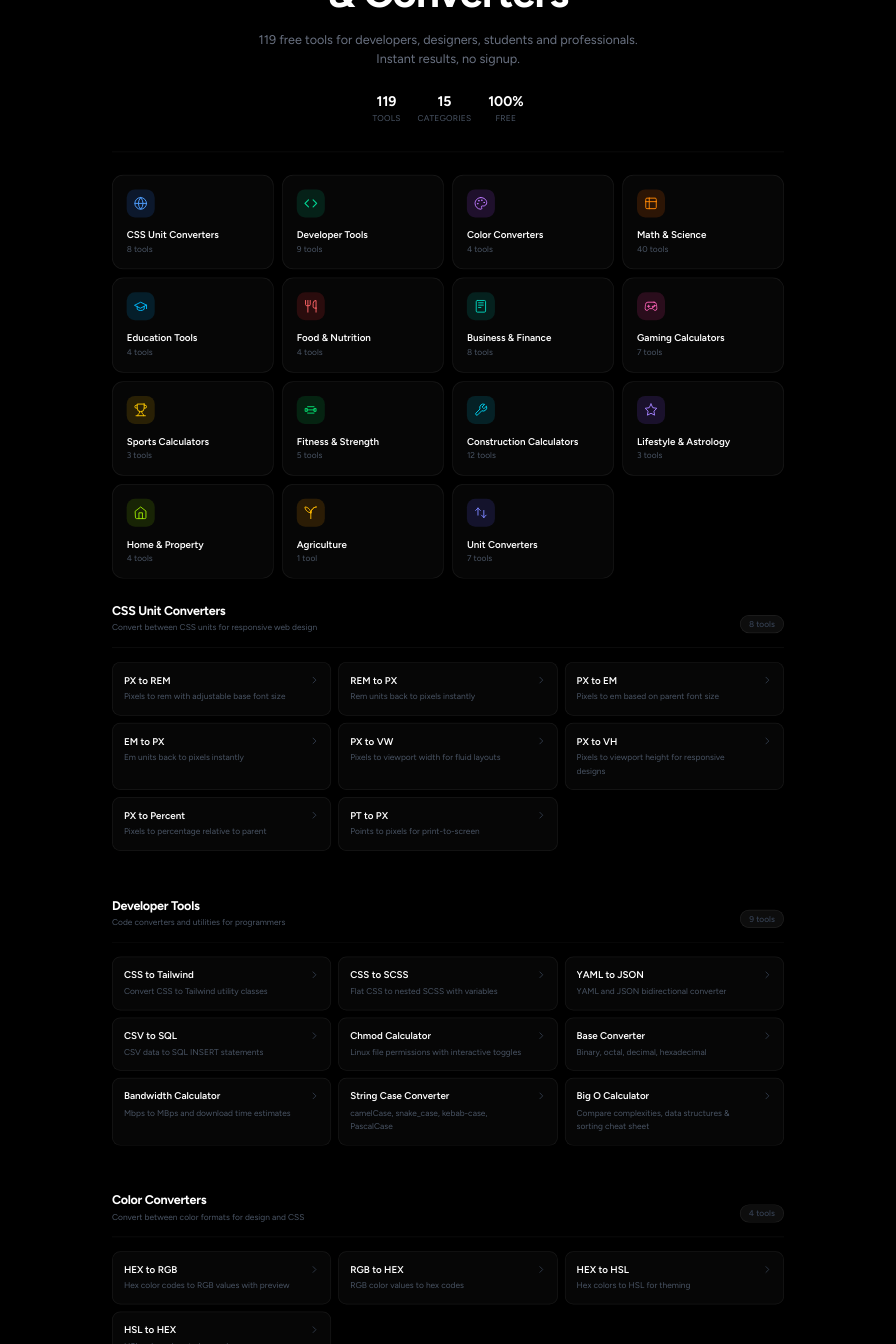
Repository: princeali7/impeccify-clone
Page: /tools
These files come from the project's save history. The page is drawn as it stood at one moment and after the next save; the edit follows.
The browser window is 1280 px wide. The pictures show the part of the page from y = 321 to 2241 px (the page is 8131 px tall before and 8071 px after), at 70% of full size.
The project was rebuilt for these pictures with package versions that can differ from the ones it lists, and the page was loaded fresh each time. The framework's server and built-in components were replaced by stand-ins that run in the browser. Also part of the build but not shown: next.config.ts.

Above is the page before, as saved 2026-03-24 23:27:47.

### src/app/layout.tsx
import type { Metadata } from "next";
import { Figtree } from "next/font/google";
import "./globals.css";

const figtree = Figtree({
  subsets: ["latin"],
  variable: "--font-figtree",
  display: "swap",
});

export const metadata: Metadata = {
  title: "Custom Website Development Services That Transform Traffic Into Paying Users",
  description: "Professional web design and development service. From responsive web design to custom web app development - pixel-perfect Next.js websites.",
};

export default function RootLayout({
  children,
}: Readonly<{
  children: React.ReactNode;
}>) {
  return (
    <html lang="en">
      <body className={`${figtree.variable} font-sans antialiased`}>
        {children}
      </body>
    </html>
  );
}

### src/app/tools/page.tsx
'use client';
import { useState } from 'react';
import Link from 'next/link';
import Header from '@/components/Header';
import { categories } from '@/lib/tools-data';

const categoryMeta: Record<string, { icon: React.ReactNode; iconBg: string; activeText: string }> = {
  'css-unit': {
    icon: <svg viewBox="0 0 24 24" fill="none" stroke="currentColor" strokeWidth={1.6} strokeLinecap="round" strokeLinejoin="round" className="w-5 h-5"><circle cx="12" cy="12" r="10"/><line x1="2" y1="12" x2="22" y2="12"/><path d="M12 2a15.3 15.3 0 0 1 4 10 15.3 15.3 0 0 1-4 10 15.3 15.3 0 0 1-4-10 15.3 15.3 0 0 1 4-10z"/></svg>,
    iconBg: 'bg-blue-500/15 text-blue-400',
    activeText: 'text-blue-300',
  },
  'developer': {
    icon: <svg viewBox="0 0 24 24" fill="none" stroke="currentColor" strokeWidth={2} strokeLinecap="round" strokeLinejoin="round" className="w-5 h-5"><polyline points="16 18 22 12 16 6"/><polyline points="8 6 2 12 8 18"/></svg>,
    iconBg: 'bg-emerald-500/15 text-emerald-400',
    activeText: 'text-emerald-300',
  },
  'color': {
    icon: <svg viewBox="0 0 24 24" fill="none" stroke="currentColor" strokeWidth={1.6} strokeLinecap="round" strokeLinejoin="round" className="w-5 h-5"><circle cx="13.5" cy="6.5" r="0.5" fill="currentColor"/><circle cx="17.5" cy="10.5" r="0.5" fill="currentColor"/><circle cx="8.5" cy="7.5" r="0.5" fill="currentColor"/><circle cx="6.5" cy="12.5" r="0.5" fill="currentColor"/><path d="M12 2C6.5 2 2 6.5 2 12s4.5 10 10 10c.926 0 1.648-.746 1.648-1.688 0-.437-.18-.835-.437-1.125-.29-.289-.438-.652-.438-1.125a1.64 1.64 0 0 1 1.668-1.668h1.996c3.051 0 5.555-2.503 5.555-5.554C21.965 6.012 17.461 2 12 2z"/></svg>,
    iconBg: 'bg-purple-500/15 text-purple-400',
    activeText: 'text-purple-300',
  },
  'math': {
    icon: <svg viewBox="0 0 24 24" fill="none" stroke="currentColor" strokeWidth={1.6} strokeLinecap="round" strokeLinejoin="round" className="w-5 h-5"><path d="M9 3H5a2 2 0 0 0-2 2v4m6-6h10a2 2 0 0 1 2 2v4M9 3v18m0 0h10a2 2 0 0 0 2-2V9M9 21H5a2 2 0 0 1-2-2V9m0 0h18"/></svg>,
    iconBg: 'bg-orange-500/15 text-orange-400',
    activeText: 'text-orange-300',
  },
  'education': {
    icon: <svg viewBox="0 0 24 24" fill="none" stroke="currentColor" strokeWidth={1.6} strokeLinecap="round" strokeLinejoin="round" className="w-5 h-5"><path d="M22 10v6M2 10l10-5 10 5-10 5z"/><path d="M6 12v5c3 3 9 3 12 0v-5"/></svg>,
    iconBg: 'bg-sky-500/15 text-sky-400',
    activeText: 'text-sky-300',
  },
  'food': {
    icon: <svg viewBox="0 0 24 24" fill="none" stroke="currentColor" strokeWidth={1.6} strokeLinecap="round" strokeLinejoin="round" className="w-5 h-5"><path d="M3 2v7c0 1.1.9 2 2 2h4a2 2 0 0 0 2-2V2"/><path d="M7 2v20"/><path d="M21 15V2a5 5 0 0 0-5 5v6c0 1.1.9 2 2 2h3zm0 0v7"/></svg>,
    iconBg: 'bg-red-500/15 text-red-400',
    activeText: 'text-red-300',
  },
  'business': {
    icon: <svg viewBox="0 0 24 24" fill="none" stroke="currentColor" strokeWidth={1.6} strokeLinecap="round" strokeLinejoin="round" className="w-5 h-5"><rect x="4" y="2" width="16" height="20" rx="2"/><line x1="8" y1="6" x2="16" y2="6"/><line x1="8" y1="10" x2="16" y2="10"/><line x1="8" y1="14" x2="12" y2="14"/></svg>,
    iconBg: 'bg-teal-500/15 text-teal-400',
    activeText: 'text-teal-300',
  },
  'gaming': {
    icon: <svg viewBox="0 0 24 24" fill="none" stroke="currentColor" strokeWidth={1.6} strokeLinecap="round" strokeLinejoin="round" className="w-5 h-5"><line x1="6" y1="12" x2="10" y2="12"/><line x1="8" y1="10" x2="8" y2="14"/><circle cx="15" cy="13" r="1" fill="currentColor"/><circle cx="18" cy="11" r="1" fill="currentColor"/><path d="M17.32 5H6.68a4 4 0 0 0-3.978 3.59c-.006.052-.01.101-.017.152C2.604 9.416 2 14.456 2 16a3 3 0 0 0 3 3c1 0 1.5-.5 2-1l1.414-1.414A2 2 0 0 1 9.828 16h4.344a2 2 0 0 1 1.414.586L17 18c.5.5 1 1 2 1a3 3 0 0 0 3-3c0-1.544-.604-6.584-.685-7.258-.007-.05-.011-.1-.017-.151A4 4 0 0 0 17.32 5z"/></svg>,
    iconBg: 'bg-pink-500/15 text-pink-400',
    activeText: 'text-pink-300',
  },
  'sports': {
    icon: <svg viewBox="0 0 24 24" fill="none" stroke="currentColor" strokeWidth={1.6} strokeLinecap="round" strokeLinejoin="round" className="w-5 h-5"><path d="M6 9H4.5a2.5 2.5 0 0 1 0-5H6"/><path d="M18 9h1.5a2.5 2.5 0 0 0 0-5H18"/><path d="M4 22h16"/><path d="M10 14.66V17c0 .55-.47.98-.97 1.21C7.85 18.75 7 20.24 7 22"/><path d="M14 14.66V17c0 .55.47.98.97 1.21C16.15 18.75 17 20.24 17 22"/><path d="M18 2H6v7a6 6 0 0 0 12 0V2z"/></svg>,
    iconBg: 'bg-yellow-500/15 text-yellow-400',
    activeText: 'text-yellow-300',
  },
  'fitness': {
    icon: <svg viewBox="0 0 24 24" fill="none" stroke="currentColor" strokeWidth={1.6} strokeLinecap="round" strokeLinejoin="round" className="w-5 h-5"><path d="M6.5 6.5h11"/><path d="M6.5 17.5h11"/><path d="M3 9.5h3v5H3z"/><path d="M18 9.5h3v5h-3z"/><line x1="5" y1="12" x2="19" y2="12"/></svg>,
    iconBg: 'bg-green-500/15 text-green-400',
    activeText: 'text-green-300',
  },
  'construction': {
    icon: <svg viewBox="0 0 24 24" fill="none" stroke="currentColor" strokeWidth={1.6} strokeLinecap="round" strokeLinejoin="round" className="w-5 h-5"><path d="M14.7 6.3a1 1 0 0 0 0 1.4l1.6 1.6a1 1 0 0 0 1.4 0l3.77-3.77a6 6 0 0 1-7.94 7.94l-6.91 6.91a2.12 2.12 0 0 1-3-3l6.91-6.91a6 6 0 0 1 7.94-7.94l-3.76 3.76z"/></svg>,
    iconBg: 'bg-cyan-500/15 text-cyan-400',
    activeText: 'text-cyan-300',
  },
  'lifestyle': {
    icon: <svg viewBox="0 0 24 24" fill="none" stroke="currentColor" strokeWidth={1.6} strokeLinecap="round" strokeLinejoin="round" className="w-5 h-5"><polygon points="12 2 15.09 8.26 22 9.27 17 14.14 18.18 21.02 12 17.77 5.82 21.02 7 14.14 2 9.27 8.91 8.26 12 2"/></svg>,
    iconBg: 'bg-violet-500/15 text-violet-400',
    activeText: 'text-violet-300',
  },
  'home': {
    icon: <svg viewBox="0 0 24 24" fill="none" stroke="currentColor" strokeWidth={1.6} strokeLinecap="round" strokeLinejoin="round" className="w-5 h-5"><path d="M3 9l9-7 9 7v11a2 2 0 0 1-2 2H5a2 2 0 0 1-2-2z"/><polyline points="9 22 9 12 15 12 15 22"/></svg>,
    iconBg: 'bg-lime-500/15 text-lime-400',
    activeText: 'text-lime-300',
  },
  'agriculture': {
    icon: <svg viewBox="0 0 24 24" fill="none" stroke="currentColor" strokeWidth={1.6} strokeLinecap="round" strokeLinejoin="round" className="w-5 h-5"><path d="M12 22V12m0 0C12 7 7 2 2 2c0 5 5 10 10 10zm0 0c0-5 5-10 10-10-5 0-10 5-10 10z"/></svg>,
    iconBg: 'bg-amber-500/15 text-amber-400',
    activeText: 'text-amber-300',
  },
  'unit': {
    icon: <svg viewBox="0 0 24 24" fill="none" stroke="currentColor" strokeWidth={1.6} strokeLinecap="round" strokeLinejoin="round" className="w-5 h-5"><path d="M7 16V4m0 0L3 8m4-4 4 4"/><path d="M17 8v12m0 0 4-4m-4 4-4-4"/></svg>,
    iconBg: 'bg-indigo-500/15 text-indigo-400',
    activeText: 'text-indigo-300',
  },
};

export default function ToolsPage() {
  const [activeId, setActiveId] = useState<string | null>(null);

  const displayed = activeId ? categories.filter((c) => c.id === activeId) : categories;

  const scrollTo = (id: string) => {
    setActiveId((prev) => (prev === id ? null : id));
    window.scrollTo({ top: 0, behavior: 'smooth' });
  };

  return (
    <>
      <Header />
      <main className="min-h-screen bg-black pt-24 pb-20">
        {/* Hero */}
        <section className="max-w-5xl mx-auto px-6 lg:px-8 pt-12 pb-10 text-center">
          <div className="inline-flex items-center gap-2 bg-white/5 border border-white/10 rounded-full px-4 py-1.5 mb-6">
            <span className="w-1.5 h-1.5 rounded-full bg-blue-400 animate-pulse" />
            <span className="text-xs text-gray-400 tracking-widest uppercase font-semibold">Free Tools</span>
          </div>
          <h1 className="text-4xl md:text-5xl lg:text-6xl font-bold text-white tracking-tight mb-4 leading-tight">
            Free Online Calculators<br className="hidden sm:block" /> &amp; Converters
          </h1>
          <p className="text-base md:text-lg text-gray-500 max-w-xl mx-auto mb-8">
            119 free tools for developers, designers, students and professionals. Instant results, no signup.
          </p>
          {/* Stats row */}
          <div className="flex flex-wrap items-center justify-center gap-6 text-sm">
            {[
              { value: '119', label: 'Tools' },
              { value: '15', label: 'Categories' },
              { value: '100%', label: 'Free' },
            ].map((s) => (
              <div key={s.label} className="flex flex-col items-center gap-0.5">
                <span className="text-xl font-bold text-white">{s.value}</span>
                <span className="text-gray-600 text-xs uppercase tracking-wide">{s.label}</span>
              </div>
            ))}
          </div>
        </section>

        {/* Divider */}
        <div className="max-w-5xl mx-auto px-6 lg:px-8">
          <div className="border-t border-white/6" />
        </div>

        {/* Category card grid */}
        <section className="max-w-5xl mx-auto px-6 lg:px-8 py-8">
          <div className="grid grid-cols-2 sm:grid-cols-3 lg:grid-cols-4 gap-3">
            {categories.map((cat) => {
              const meta = categoryMeta[cat.id];
              const isActive = activeId === cat.id;
              return (
                <button
                  key={cat.id}
                  onClick={() => scrollTo(cat.id)}
                  className={`group text-left flex flex-col gap-4 p-5 rounded-2xl border transition-all duration-200 active:scale-[0.97] ${
                    isActive
                      ? 'bg-white/8 border-white/20'
                      : 'bg-white/2.5 border-white/[0.07] hover:bg-white/5 hover:border-white/15'
                  }`}
                >
                  {/* Icon */}
                  <div className={`w-10 h-10 rounded-xl flex items-center justify-center ${meta?.iconBg ?? 'bg-white/10 text-gray-400'}`}>
                    {meta?.icon}
                  </div>
                  {/* Text */}
                  <div>
                    <p className={`text-sm font-semibold leading-snug transition-colors ${isActive ? (meta?.activeText ?? 'text-white') : 'text-white'}`}>
                      {cat.label}
                    </p>
                    <p className="text-xs text-gray-600 mt-0.5">
                      {cat.count} {cat.count === 1 ? 'tool' : 'tools'}
                    </p>
                  </div>
                </button>
              );
            })}
          </div>
          {/* Clear filter */}
          {activeId && (
            <div className="mt-4 flex items-center gap-2">
              <button
                onClick={() => setActiveId(null)}
                className="text-xs text-gray-500 hover:text-white transition-colors flex items-center gap-1.5 border border-white/10 hover:border-white/30 rounded-full px-3 py-1.5"
              >
                <svg className="w-3 h-3" fill="none" stroke="currentColor" viewBox="0 0 24 24"><path strokeLinecap="round" strokeLinejoin="round" strokeWidth={2} d="M6 18L18 6M6 6l12 12"/></svg>
                Clear filter — show all categories
              </button>
            </div>
          )}
        </section>

        {/* Tool sections */}
        <div className="max-w-5xl mx-auto px-6 lg:px-8 space-y-16">
          {displayed.map((cat) => (
            <section key={cat.id} id={cat.id}>
              {/* Section header */}
              <div className="flex items-end justify-between mb-5">
                <div>
                  <h2 className="text-lg font-bold text-white tracking-tight">{cat.label}</h2>
                  <p className="text-xs text-gray-600 mt-0.5">{cat.desc}</p>
                </div>
                <span className="text-xs text-gray-700 bg-white/5 border border-white/8 rounded-full px-3 py-1 font-medium">
                  {cat.count} {cat.count === 1 ? 'tool' : 'tools'}
                </span>
              </div>
              <div className="border-t border-white/6 mb-5" />

              {/* Tool cards */}
              <div className="grid grid-cols-1 sm:grid-cols-2 lg:grid-cols-3 gap-2.5">
                {cat.tools.map((tool) => (
                  <Link
                    key={tool.href}
                    href={tool.href}
                    className="group relative flex items-start justify-between gap-3 bg-white/2.5 hover:bg-white/6 border border-white/[0.07] hover:border-white/20 rounded-xl px-4 py-4 transition-all duration-150 active:scale-[0.98]"
                  >
                    <div className="flex flex-col gap-1 min-w-0">
                      <span className="text-sm font-semibold text-white group-hover:text-white leading-snug truncate">
                        {tool.name}
                      </span>
                      <span className="text-xs text-gray-600 leading-relaxed line-clamp-2">
                        {tool.desc}
                      </span>
                    </div>
                    {/* Arrow icon */}
                    <svg
                      className="w-3.5 h-3.5 text-gray-700 group-hover:text-gray-400 mt-0.5 shrink-0 transition-all duration-150 group-hover:translate-x-0.5"
                      fill="none"
                      stroke="currentColor"
                      viewBox="0 0 24 24"
                    >
                      <path strokeLinecap="round" strokeLinejoin="round" strokeWidth={2} d="M9 5l7 7-7 7" />
                    </svg>
                  </Link>
                ))}
              </div>
            </section>
          ))}
        </div>

        {/* Footer note */}
        <div className="max-w-5xl mx-auto px-6 lg:px-8 mt-20 pt-8 border-t border-white/6 flex flex-col sm:flex-row items-center justify-between gap-4">
          <p className="text-xs text-gray-700">
            New calculators added regularly. 119 tools and counting.
          </p>
          <Link
            href="/book-call"
            className="text-xs text-gray-500 hover:text-white transition-colors border border-white/10 hover:border-white/30 rounded-full px-4 py-2"
          >
            Need a custom tool? Book a call →
          </Link>
        </div>
      </main>
    </>
  );
}

### src/app/globals.css
@import "tailwindcss";

@theme inline {
  --color-background: #000000;
  --color-foreground: #ffffff;
  --font-sans: var(--font-figtree);
}

@layer base {
  * {
    margin: 0;
    padding: 0;
    box-sizing: border-box;
  }

  html {
    scroll-behavior: smooth;
  }

  body {
    background: #000;
    color: #fff;
    font-family: -apple-system, BlinkMacSystemFont, 'Segoe UI', Roboto, sans-serif;
    -webkit-font-smoothing: antialiased;
    -moz-osx-font-smoothing: grayscale;
    overflow-x: hidden;
  }
}

::selection {
  background: rgba(59, 130, 246, 0.3);
  color: white;
}

::-webkit-scrollbar { width: 8px; }
::-webkit-scrollbar-track { background: rgba(255,255,255,0.05); }
::-webkit-scrollbar-thumb { background: rgba(255,255,255,0.15); border-radius: 4px; }

@keyframes marquee {
  0% { transform: translateX(0); }
  100% { transform: translateX(-50%); }
}
@keyframes marqueeReverse {
  0% { transform: translateX(-50%); }
  100% { transform: translateX(0); }
}
.animate-marquee {
  animation: marquee 60s linear infinite;
}
.animate-marquee-reverse {
  animation: marqueeReverse 60s linear infinite;
}

@keyframes fadeInUp {
  from { opacity: 0; transform: translateY(30px); }
  to { opacity: 1; transform: translateY(0); }
}
.animate-fade-in-up {
  animation: fadeInUp 0.6s ease-out forwards;
}

@keyframes slideInLeft {
  from { opacity: 0; transform: translateX(-60px); }
  to { opacity: 1; transform: translateX(0); }
}
@keyframes slideInRight {
  from { opacity: 0; transform: translateX(60px); }
  to { opacity: 1; transform: translateX(0); }
}
.animate-slide-in-left {
  animation: slideInLeft 0.7s cubic-bezier(0.22, 1, 0.36, 1) forwards;
}
.animate-slide-in-right {
  animation: slideInRight 0.7s cubic-bezier(0.22, 1, 0.36, 1) forwards;
}
.slide-hidden {
  opacity: 0;
}

@keyframes blobPulse {
  0%, 100% { opacity: 0.15; transform: scale(1); }
  50% { opacity: 0.25; transform: scale(1.05); }
}
.animate-blob {
  animation: blobPulse 8s ease-in-out infinite;
}

@keyframes marqueeUp {
  0% { transform: translateY(0); }
  100% { transform: translateY(-50%); }
}
@keyframes marqueeDown {
  0% { transform: translateY(-50%); }
  100% { transform: translateY(0); }
}
.animate-marquee-up {
  animation: marqueeUp 28s linear infinite;
}
.animate-marquee-up-slow {
  animation: marqueeUp 36s linear infinite;
}
.animate-marquee-down {
  animation: marqueeDown 32s linear infinite;
}

Loaded but not shown: src/lib/tools-data.ts (264 lines, source omitted); src/components/Header.tsx (104 lines, source omitted)

After the next save:
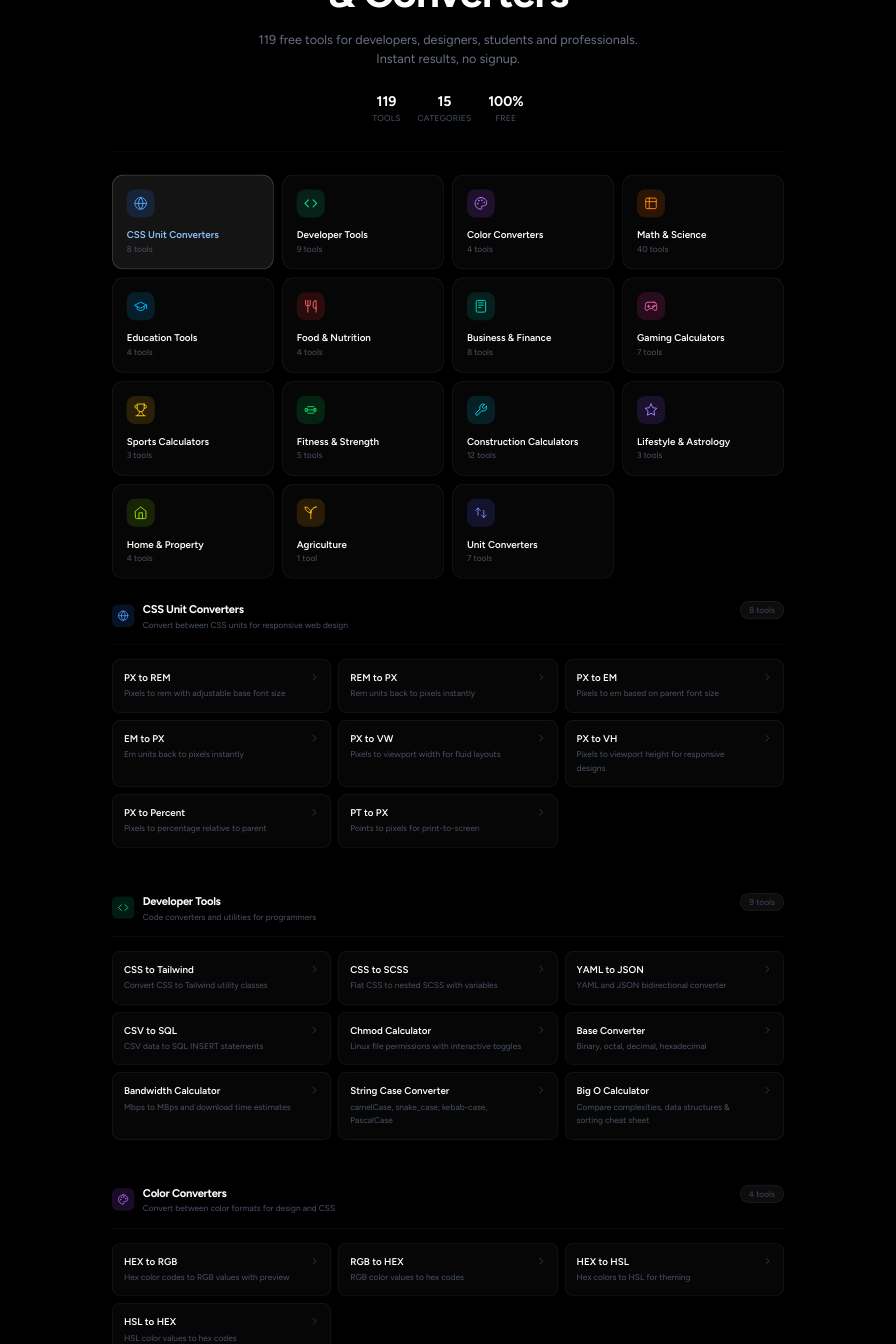
Saved 6 min 16 s later.
--- a/src/app/tools/page.tsx
+++ b/src/app/tools/page.tsx
@@ -1,5 +1,5 @@
 'use client';
-import { useState } from 'react';
+import { useState, useEffect } from 'react';
 import Link from 'next/link';
 import Header from '@/components/Header';
 import { categories } from '@/lib/tools-data';
@@ -85,11 +85,26 @@ const categoryMeta: Record<string, { icon: React.ReactNode; iconBg: string; acti
 export default function ToolsPage() {
   const [activeId, setActiveId] = useState<string | null>(null);
 
-  const displayed = activeId ? categories.filter((c) => c.id === activeId) : categories;
+  // Highlight the category card whose section is in view
+  useEffect(() => {
+    const observer = new IntersectionObserver(
+      (entries) => {
+        entries.forEach((entry) => {
+          if (entry.isIntersecting) setActiveId(entry.target.id);
+        });
+      },
+      { rootMargin: '-30% 0px -60% 0px' }
+    );
+    categories.forEach((cat) => {
+      const el = document.getElementById(cat.id);
+      if (el) observer.observe(el);
+    });
+    return () => observer.disconnect();
+  }, []);
 
   const scrollTo = (id: string) => {
-    setActiveId((prev) => (prev === id ? null : id));
-    window.scrollTo({ top: 0, behavior: 'smooth' });
+    const el = document.getElementById(id);
+    if (el) el.scrollIntoView({ behavior: 'smooth', block: 'start' });
   };
 
   return (
@@ -162,30 +177,26 @@ export default function ToolsPage() {
             })}
           </div>
           {/* Clear filter */}
-          {activeId && (
-            <div className="mt-4 flex items-center gap-2">
-              <button
-                onClick={() => setActiveId(null)}
-                className="text-xs text-gray-500 hover:text-white transition-colors flex items-center gap-1.5 border border-white/10 hover:border-white/30 rounded-full px-3 py-1.5"
-              >
-                <svg className="w-3 h-3" fill="none" stroke="currentColor" viewBox="0 0 24 24"><path strokeLinecap="round" strokeLinejoin="round" strokeWidth={2} d="M6 18L18 6M6 6l12 12"/></svg>
-                Clear filter — show all categories
-              </button>
-            </div>
-          )}
         </section>
 
-        {/* Tool sections */}
+        {/* Tool sections — all always visible */}
         <div className="max-w-5xl mx-auto px-6 lg:px-8 space-y-16">
-          {displayed.map((cat) => (
-            <section key={cat.id} id={cat.id}>
-              {/* Section header */}
-              <div className="flex items-end justify-between mb-5">
-                <div>
-                  <h2 className="text-lg font-bold text-white tracking-tight">{cat.label}</h2>
-                  <p className="text-xs text-gray-600 mt-0.5">{cat.desc}</p>
+          {categories.map((cat) => {
+            const meta = categoryMeta[cat.id];
+            return (
+            <section key={cat.id} id={cat.id} className="scroll-mt-24">
+              {/* Section header with icon */}
+              <div className="flex items-start justify-between mb-5">
+                <div className="flex items-center gap-3">
+                  <div className={`w-8 h-8 rounded-lg flex items-center justify-center shrink-0 ${meta?.iconBg ?? 'bg-white/10 text-gray-400'}`}>
+                    <span className="[&>svg]:w-4 [&>svg]:h-4">{meta?.icon}</span>
+                  </div>
+                  <div>
+                    <h2 className="text-base font-bold text-white tracking-tight">{cat.label}</h2>
+                    <p className="text-xs text-gray-600 mt-0.5">{cat.desc}</p>
+                  </div>
                 </div>
-                <span className="text-xs text-gray-700 bg-white/5 border border-white/8 rounded-full px-3 py-1 font-medium">
+                <span className="text-xs text-gray-700 bg-white/5 border border-white/8 rounded-full px-3 py-1 font-medium shrink-0 ml-4">
                   {cat.count} {cat.count === 1 ? 'tool' : 'tools'}
                 </span>
               </div>
@@ -200,14 +211,13 @@ export default function ToolsPage() {
                     className="group relative flex items-start justify-between gap-3 bg-white/2.5 hover:bg-white/6 border border-white/[0.07] hover:border-white/20 rounded-xl px-4 py-4 transition-all duration-150 active:scale-[0.98]"
                   >
                     <div className="flex flex-col gap-1 min-w-0">
-                      <span className="text-sm font-semibold text-white group-hover:text-white leading-snug truncate">
+                      <span className="text-sm font-semibold text-white leading-snug truncate">
                         {tool.name}
                       </span>
                       <span className="text-xs text-gray-600 leading-relaxed line-clamp-2">
                         {tool.desc}
                       </span>
                     </div>
-                    {/* Arrow icon */}
                     <svg
                       className="w-3.5 h-3.5 text-gray-700 group-hover:text-gray-400 mt-0.5 shrink-0 transition-all duration-150 group-hover:translate-x-0.5"
                       fill="none"
@@ -220,7 +230,8 @@ export default function ToolsPage() {
                 ))}
               </div>
             </section>
-          ))}
+          );
+          })}
         </div>
 
         {/* Footer note */}
